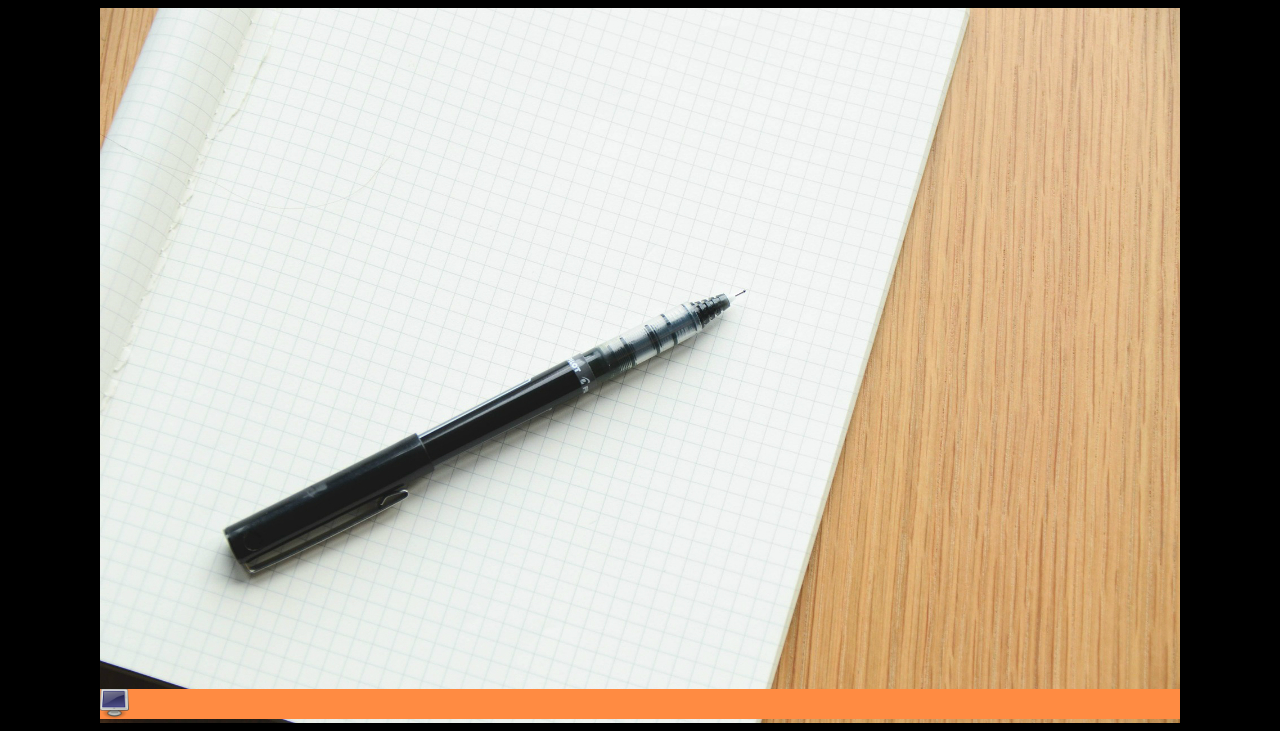
Repository: jc222fi/1dv403-laborationer
Page: 5-pwd/index.html
The author's editor kept a record of every edit. The page is drawn from the files as they stood at one moment, then again after the next edit.
The browser window is 1280 px wide. The pictures show the whole page.

Above is the page before.

### 5-pwd/index.html
<!DOCTYPE html>
<html>
    <head>
        <meta charset="UTF-8">
        <title>My Virtual Desktop</title>
        <link rel="stylesheet" href="style.css" />
    </head>
    <body>
        <div id="container">
            <footer>
            </footer>
        </div>
        <script src="script.js"></script>
    </body>
</html>

### 5-pwd/style.css
html{
    background-color:black;
}
#container{
    height:715px;
    width:1080px;
    margin:0 auto;
    background-image:url("pics/notepad1.jpg");
    background-repeat:no-repeat;
}
footer{
    background-color:#ff8b42;
    position:absolute;
    margin-top:681px;
    height:30px;
    width:1080px;
}

### 5-pwd/script.js
"use strict";

var MyDesktop = {

    init: function(){

        var button = document.createElement("img");
        var footer = document.querySelector("footer");

        button.src = "pics/desktopicon.png";
        footer.appendChild(button);

    }

};

window.onload = MyDesktop.init;

After the next edit:
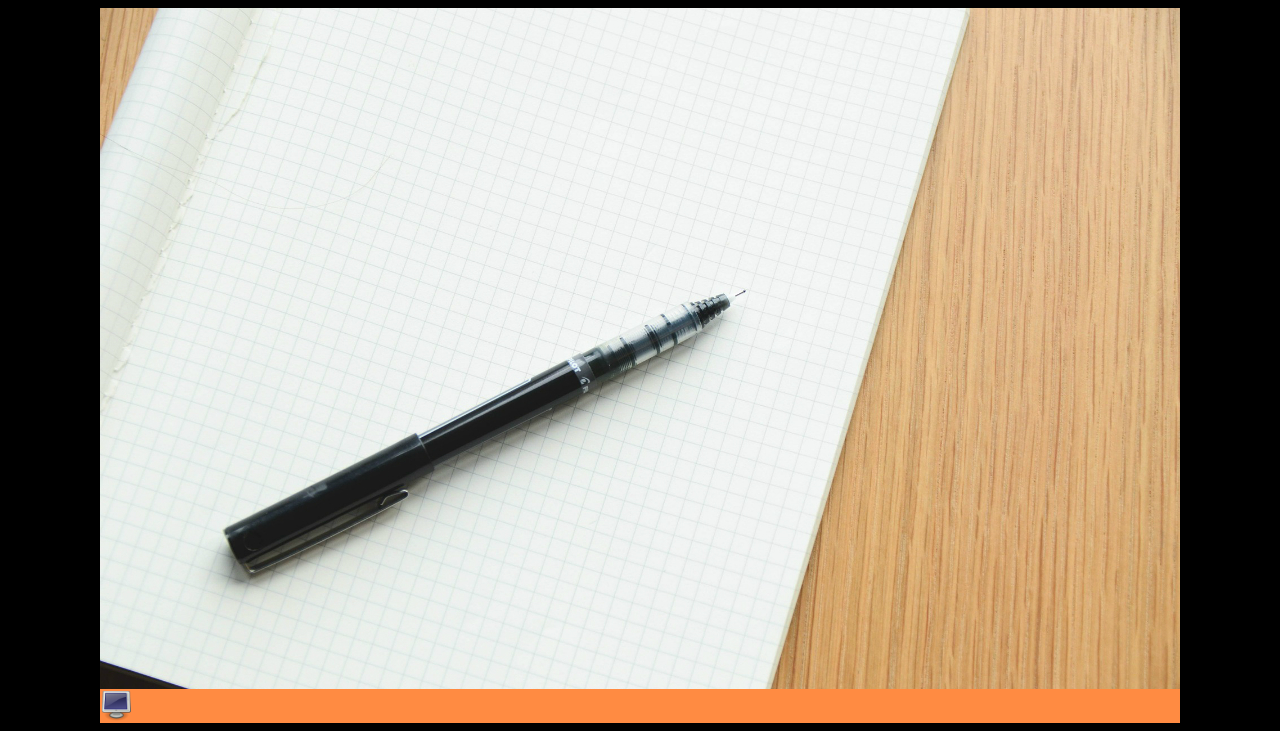
The edit:
--- a/5-pwd/style.css
+++ b/5-pwd/style.css
@@ -13,5 +13,6 @@
     position:absolute;
     margin-top:681px;
     height:30px;
-    width:1080px;
+    width:1076px;
+    padding:2px;
 }
